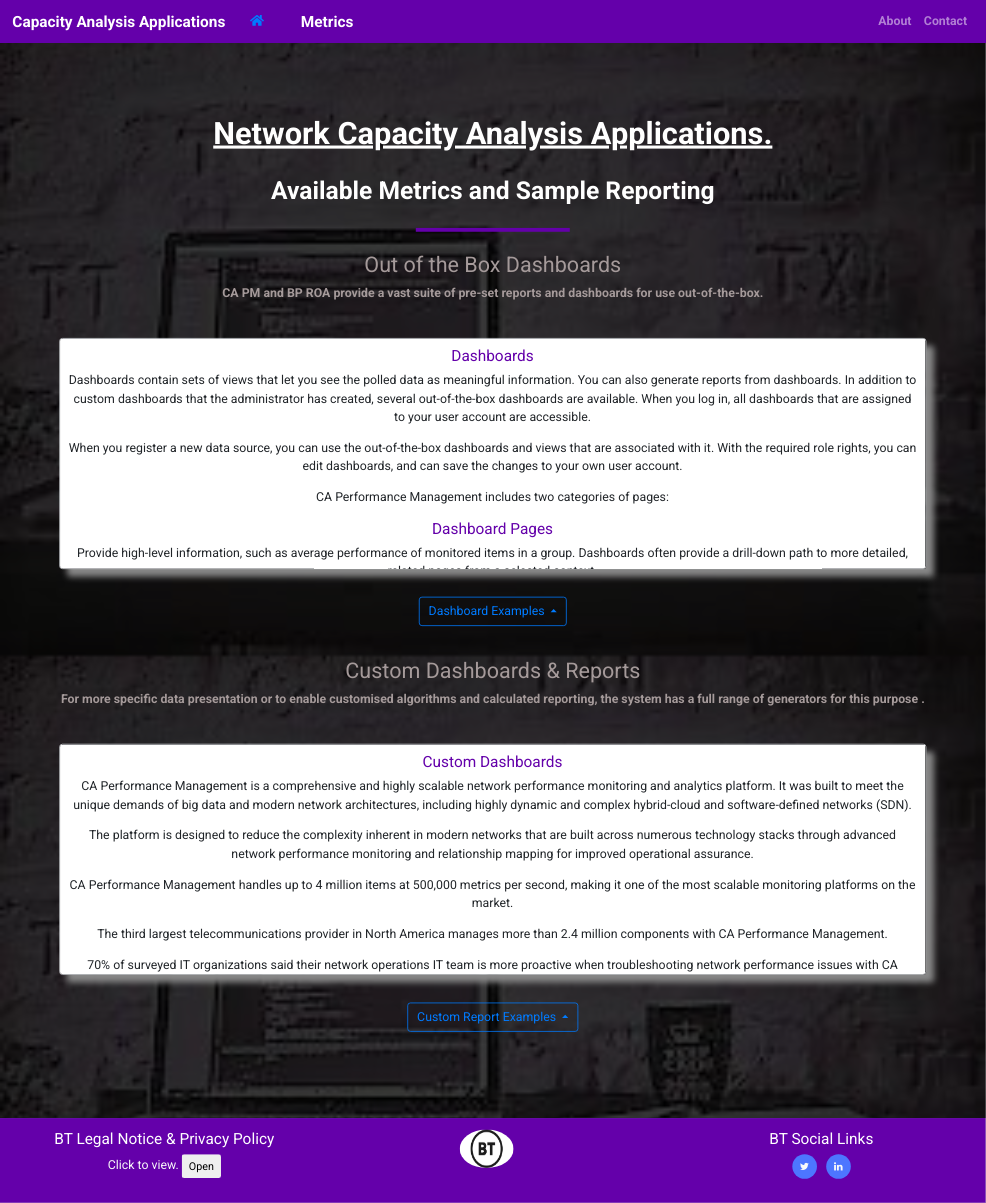
Repository: Mofarrell1967/Application-Manager
Page: metrics.html
The author's editor kept a record of every edit. The page is drawn from the files as they stood at one moment, then again after the next edit.
The browser window is 1280 px wide. The pictures show the whole page, at 77% of full size.
Backgrounds fixed to the window are drawn as part of the page. Some web libraries are served in a nearby version.

Above is the page before.

### metrics.html
<!DOCTYPE html>
<html lang="en-us">

<head>
    <meta charset="utf-8">
    <meta name="viewport" content="width=device-width, initial-scale=1.0">
    <link rel="stylesheet" href="https://maxcdn.bootstrapcdn.com/bootstrap/4.1.3/css/bootstrap.min.css">
    <link rel="stylesheet" href="https://use.fontawesome.com/releases/v5.6.1/css/all.css" integrity="sha384-gfdkjb5BdAXd+lj+gudLWI+BXq4IuLW5IT+brZEZsLFm++aCMlF1V92rMkPaX4PP" crossorigin="anonymous">
    <link rel="stylesheet" href="https://stackpath.bootstrapcdn.com/font-awesome/4.7.0/css/font-awesome.min.css" type="text/css" />
    <link href="https://fonts.googleapis.com/css?family=Roboto:400,700" rel="stylesheet">
    <link rel="stylesheet" href="css/main.css" type="text/css" />
    <title>Application Manager</title>
</head>

<body>


    <!-- Nav Bar Start -->

    <nav class="navbar no-gutters fixed-top navbar-dark navbar-expand-sm">
        <a href="index.html" class="navbar-brand">Capacity Analysis Applications</a>
        <ul class="navbar-nav navbar-brand"></ul>
        <a href="index.html"><i class="fas fa-home"></i></a>
        <ul class="navbar-nav navbar-brand">
            <li class="nav-item ml-5">Metrics</li>
        </ul>


        <button class="navbar-toggler ml-auto" type="button" data-toggle="collapse" data-target="#navbarNavDropdown" aria-controls="navbarNavDropdown" aria-expanded="false">
        <span class="navbar-toggler-icon"></span></button>

        <div class="collapse navbar-collapse" id="navbarNavDropdown">
            <ul class="navbar-nav ml-auto">
                <li class="nav-item"><a class="nav-link" href="about.html">About</a></li>
                <li class="nav-item"><a class="nav-link" href="contact.html">Contact</a></li>
            </ul>
        </div>
    </nav>

    <!-- Nav Bar End -->


    <!-- Jumbotron Start -->

    <div class="container-fluid callout-container">
        <div class="opaque-overlay">&nbsp;</div>
        <div class="row">
            <div class="col-12">
                <section class="callout jumbotron text-center">
                    <h1>Network Capacity Analysis Applications.</h1>
                    <h2>Available Metrics and Sample Reporting</h2>
                    <hr class="block-divider">

                    <!-- Matrics Section Start -->

                    <div class="metrics-header">

                        <h3>Out of the Box Dashboards</h3>
                        <p>CA PM and BP ROA provide a vast suite of pre-set reports and dashboards for use out-of-the-box.</p>
                     </div>

                    <section class="container-fluid">
                        <div class="row">
                            <div class="col border data-scroll metrics-form">

                                <h5>Dashboards</h5>

                                <p>Dashboards contain sets of views that let you see the polled data as meaningful information. You can also generate reports from dashboards. In addition to custom dashboards that the administrator has created,
                                several out-of-the-box dashboards are available. When you log in, all dashboards that are assigned to your user account are accessible.</p>
                                <p>When you register a new data source, you can use the out-of-the-box dashboards and views that are associated with it. With the required role rights, you can edit dashboards,
                                and can save the changes to your own user account. </p>
                                <p>CA Performance Management includes two categories of pages:</p>
                                <h5>Dashboard Pages</h5>
                                <p>Provide high-level information, such as average performance of monitored items in a group. Dashboards often provide a drill-down path to more detailed, related pages from a selected context.</p>
                                <h5>Context Pages</h5>
                                <p>Provide focused performance and status data that is scoped to a specific item, such as a single router or server. These pages are available as drill-down links or tabs from dashboard pages.</p>
                                <h5> Visibility into traditional and SDNs for operational simplicity</h5>
                                <p>CA Virtual Network Assurance seamlessly integrates with CA Performance Management to provide the most comprehensive network monitoring solution for traditional and new SDNs.</p>
                            </div>
                        </div>
                    </section>

                    <div class="row">
                        <div class="col-lg">
                            <div class="btn-group dropup modal-body">
                                <a class="btn btn-outline-primary dropdown-toggle" href="#" role="button" id="dropdownMenuLink" data-toggle="dropdown" aria-haspopup="true" aria-expanded="false">
                    Dashboard Examples </a>
                                <div class="dropdown-menu" aria-labelledby="dropdownMenuLink">
                                    <a target="_blank" class="dropdown-item" href="documents/dashboard/Availability.pdf">Availability Dashboard</a>
                                   <a target="_blank" class="dropdown-item" href="documents/dashboard/CPU.pdf">CPU Memory Dashboard</a>
                                   <a target="_blank" class="dropdown-item" href="documents/dashboard/General.pdf">General Processing</a>
                                   <a target="_blank" class="dropdown-item" href="documents/dashboard/Overview.pdf">Infrastructure Overview</a>
                                    <a target="_blank" class="dropdown-item" href="documents/dashboard/Status.pdf">Status Card View</a>
                                   <a target="_blank" class="dropdown-item" href="documents/dashboard/Inventory.pdf">Inventory Hierarchy</a>
                                   <a target="_blank" class="dropdown-item" href="documents/dashboard/Summary.pdf">Summary Metrics</a>
                                   <a target="_blank" class="dropdown-item" href="documents/dashboard/Trend.pdf">Trend Dashboard</a>
                                </div>
                            </div>
                        </div>
                    </div>


                    <div class="metrics-header">
                        <h3>Custom Dashboards & Reports</h3>
                        <p>For more specific data presentation or to enable customised algorithms and calculated reporting, the system has a full range of generators for this purpose .</p>
                    </div>
                    <section class="container-fluid">
                        <div class="row">
                            <div class="col border data-scroll metrics-form">

                                <h5>Custom Dashboards</h5>

                                <p>CA Performance Management is a comprehensive and highly scalable network performance monitoring and analytics platform. It was built to meet the unique demands of big data and modern network architectures, including highly
                                    dynamic and complex hybrid-cloud and software-defined networks (SDN).</p>
                                <p>The platform is designed to reduce the complexity inherent in modern networks that are built across numerous technology stacks through advanced network performance monitoring and relationship mapping for improved operational
                                    assurance.
                                </p>
                                <p>CA Performance Management handles up to 4 million items at 500,000 metrics per second, making it one of the most scalable monitoring platforms on the market.</p>
                                <p>The third largest telecommunications provider in North America manages more than 2.4 million components with CA Performance Management.</p>
                                <p>70% of surveyed IT organizations said their network operations IT team is more proactive when troubleshooting network performance issues with CA Performance Management.</p>
                                <p>60% of surveyed IT organizations increased the speed of mean time to resolution (MTTR) after adopting CA Performance Management.</p>
                                <p>CA Performance Management enables $2.85 million average savings in operational and administrative costs.</p>
                                <h5> Visibility into traditional and SDNs for operational simplicity</h5>
                                <p>CA Virtual Network Assurance seamlessly integrates with CA Performance Management to provide the most comprehensive network monitoring solution for traditional and new SDNs.</p>
                            </div>
                        </div>
                    </section>

                    <div class="row">
                        <div class="col-lg">
                            <div class="btn-group dropup modal-body">
                                <a class="btn btn-outline-primary dropdown-toggle" href="#" role="button" id="dropdownMenuLink1" data-toggle="dropdown" aria-haspopup="true" aria-expanded="false">
                    Custom Report Examples </a>
                                <div class="dropdown-menu" aria-labelledby="dropdownMenuLink1">
                                    <a target="_blank" class="dropdown-item" href="documents/custom/cabi-trend.pdf">CABI Custom Trend</a>
                                    <a target="_blank" class="dropdown-item" href="documents/custom/cabi-graph.pdf">CABI Custom Graph</a>
                                    <a target="_blank" class="dropdown-item" href="documents/custom/cabi-situations.pdf">CABI Situations to Watch</a>
                                    <a target="_blank" class="dropdown-item" href="documents/custom/bi-direction.pdf">Bi-Direction Report</a>
                                     <a target="_blank" class="dropdown-item" href="documents/custom/group-interface.pdf">Group Interface Report</a>
                                     <a target="_blank" class="dropdown-item" href="documents/custom/group-report.pdf">Group Report</a>
                                     <a target="_blank" class="dropdown-item" href="documents/custom/multitrend.pdf">Multi-Trend Report</a>
                                </div>
                            </div>
                        </div>
                    </div>

                    <!-- Matrics Section End -->


                </section>
            </div>
        </div>
    </div>

    <!-- Jumbotron End -->


    <!-- Footer Modal Start -->


    <div class="modal" tabindex="-1" role="dialog" id="PPModal">
        <div class="modal-dialog modal-dialog-scrollable">
            <div class="modal-content">
                <div class="modal-header">
                    <h5 class="modal-title">Legal Notice & Privacy Policy</h5>
                    <button type="button" class="close" data-dismiss="modal" aria-label="Close">
          <span aria-hidden="true">&times;</span>
        </button>
                </div>
                <div class="modal-body">
                    <h3>General Disclaimer</h3>

                    <p>BT has taken every effort to ensure the content accuracy of website, but neither BT nor its contractors accept responsibility for any errors or omissions in such content.</p>
                    <p>Neither BT nor any third party who provides content to this website shall liable in respect of the content or its accuracy. You, the User, access the site and use the content, products and services at your own risk.</p>
                    <p>BT disclaims all responsibility and liability of any description including liability for negligence, incidental or consequential damages and or loss (to include loss of profits, loss of use or loss of data) suffered by any person acting
                        or refraining from acting as a result of or in connection with material on this website to include any reliance placed by such person on such material, or the viewing , use or performance of this website or its contents, whether
                        with the required authority or otherwise.
                        <p>BT may at any time revise, amend, alter or delete this information without liability.</p>
                        <p>This website is governed, interpreted and construed in accordance with the law in the Republic of Ireland, whose courts have exclusive jurisdiction over any disputes or actions arising on this website</p>
                        <h3>ComReg Code for Tariff Presentation</h3>
                        <p>BT is required to adhere to the principles set out in the ComReg Code for Tariff Presentation. This Code requires the presentation of accurate and comprehensive tariff information that is accessible to the consumer. BT complies
                            with the Code, a full copy of which can be accessed on the ComReg website.</p>
                        <h3>Privacy Notice</h3>
                        <h4>Who is BT?</h4>
                        <p> BT Communications Ireland Limited (‘BT’) is a wholly owned subsidiary of BT Group plc, and a fully integrated division of BT Major and Public Sector. BT Communications Ireland Limited, trading as BT or BT Ireland, is registered
                            in Ireland under number company registration number 141524 and its registered address is BT, Grand Canal Plaza, Upper Grand Canal Street, Dublin 4, Republic of Ireland, Tel: +353 1 432 5000 Freephone: 1800 923 222</p>
                        <h4>Why does BT have a Privacy Notice?</h4>
                        <p>At BT, we take privacy very seriously. Protecting your information and respecting your privacy is fundamental to the way we do things. If you want to know more about how we collect and use your personal information in different
                            situations, have a look at the dedicated sections of the Privacy Centre here www.btplc.com/privacycentre/index.htm</p>
                        <p>Please read the policies in the Privacy Centre along with the terms and conditions of any particular service you’re using. We may change the policies in our Privacy Centre from time to time. We’ll publish any new policies on our
                            Privacy Centre, any other relevant websites and our terms and conditions (if applicable).By visiting and browsing our website and using our services you indicate your agreement to our use of your personal information as set
                            out in this Privacy Policy. We may change our privacy policy from time to time.</p>
                        <h4>What is not covered by the Privacy notice?</h4>
                        <p>Third party sites, applications and social media, including products and services that you can link to from our websites aren’t covered by the policies in our Privacy Centre, so we urge you to be careful when you enter any personal
                            information online or use applications and social media features. You should review the privacy policy of such sites before providing your personal information. As we don’t control those third party sites and their practices,
                            we don’t accept any responsibility or liability for these sites.</p>
                        <h4>What about when I visit your websites?</h4>
                        <p>For details about information we collect when you visit our websites and the cookies we use please click the link here http://www.btplc.com/privacycentre/Onlineprivacy/index.htm.</p>
                        <h4>How can I find out what personal information BT holds about me and change it if inaccurate?</h4>
                        <p>If you want a copy of your billing information, log on to your MyBT online account or you can contact BT Ireland by phone, at Tel: 1800 924 929 or at the addresses listed below. BT Ireland, 2 Grand Canal Plaza, Upper Grand Canal
                            Street, Dublin 4.Alternatively you can contact us through our online Customer Enquiry form. (You must be the account holder to ask for this information.) If you want to see what contact information we hold about you, you can
                            also log in to your account. It’s quick and simple to access it this way. You can also ask us for a copy of the information we hold about you using our online form here. Or write to us at BT to the Data Protection Manager,
                            BT Ireland, 2 Grand Canal Plaza, Upper Grand Canal Street, Dublin 4. If you work for one of our corporate customers, please ask your employer – they’ll ask for this on your behalf. It will normally take us up to one month to
                            get back to you but could take longer (up to a further two months) if it’s a complicated request or we get a lot of requests at once. We’ll reply electronically unless you ask us to send the information by post.</p>
                </div>
                <button type="button" class="btn btn-danger" data-dismiss="modal">Close</button>
            </div>
        </div>
    </div>



    <!-- Footer Modal End -->



    <!-- Page Footer Start -->


    <footer class="container-fluid footer text-center">
        <div class="row">
            <div class="col-sm-4">
                <h5 class="uppercase">BT Legal Notice & Privacy Policy</h5>
                <p class="inline-block">
                    Click to view.
                    <button class="btn btn-sm" data-toggle="modal" data-target="#PPModal">Open</button></p>
            </div>
            <div class="d-none d-sm-block col-sm-4">
                <a target="_blank" href="https://btireland.com/"><img src="images/bt.jpg" class="rounded-circle mr-3" height=50 width=70 alt="No Image available/"></a>
            </div>
            <div class="col-sm-4">
                <h5 class="uppercase">BT Social Links</h5>
                <ul class="list-inline sm-links">
                    <li class="list-inline-item">
                        <a target="_blank" href="https://twitter.com/btinireland">
                            <i class="fa fa-twitter" aria-hidden="true"></i>
                            <span class="sr-only">Twitter</span></a>
                    </li>
                    <li class="list-inline-item">
                        <a target="_blank" href="https://www.linkedin.com/company/bt-ireland">
                            <i class="fa fa-linkedin" aria-hidden="true"></i>
                            <span class="sr-only">LinkedIn</span> </a>
                    </li>
                </ul>
            </div>
        </div>
    </footer>

    <!-- Page Footer End -->


    <!-- Script Start -->

    <script src="https://code.jquery.com/jquery-3.3.1.slim.min.js" integrity="sha384-q8i/X+965DzO0rT7abK41JStQIAqVgRVzpbzo5smXKp4YfRvH+8abtTE1Pi6jizo" crossorigin="anonymous"></script>
    <script src="https://cdnjs.cloudflare.com/ajax/libs/popper.js/1.14.3/umd/popper.min.js" integrity="sha384-ZMP7rVo3mIykV+2+9J3UJ46jBk0WLaUAdn689aCwoqbBJiSnjAK/l8WvCWPIPm49" crossorigin="anonymous"></script>
    <script src="https://stackpath.bootstrapcdn.com/bootstrap/4.1.3/js/bootstrap.min.js" integrity="sha384-ChfqqxuZUCnJSK3+MXmPNIyE6ZbWh2IMqE241rYiqJxyMiZ6OW/JmZQ5stwEULTy" crossorigin="anonymous"></script>

    <!-- Script End -->

</body>

</html>

Loaded but not shown: css/main.css (301 lines, source omitted)

After the next edit:
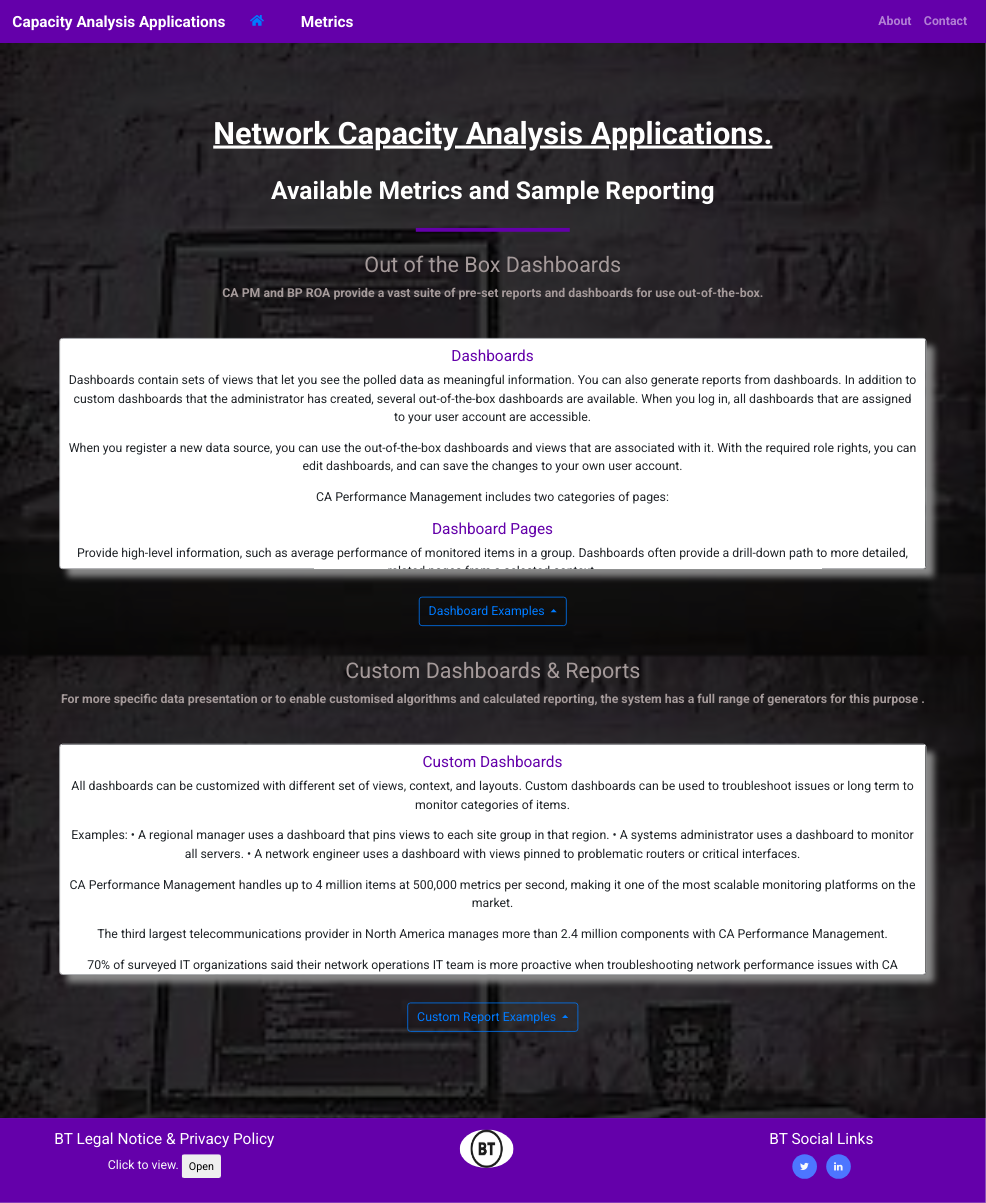
The edit:
--- a/metrics.html
+++ b/metrics.html
@@ -110,10 +110,12 @@
 
                                 <h5>Custom Dashboards</h5>
 
-                                <p>CA Performance Management is a comprehensive and highly scalable network performance monitoring and analytics platform. It was built to meet the unique demands of big data and modern network architectures, including highly
-                                    dynamic and complex hybrid-cloud and software-defined networks (SDN).</p>
-                                <p>The platform is designed to reduce the complexity inherent in modern networks that are built across numerous technology stacks through advanced network performance monitoring and relationship mapping for improved operational
-                                    assurance.
+                                <p>All dashboards can be customized with different set of views, context, and layouts. Custom dashboards can be used to troubleshoot issues or long term to monitor categories of items.</p>
+                                <p>Examples:
+                                    •	A regional manager uses a dashboard that pins views to each site group in that region.
+                                    •	A systems administrator uses a dashboard to monitor all servers.
+                                    •	A network engineer uses a dashboard with views pinned to problematic routers or critical interfaces.
+
                                 </p>
                                 <p>CA Performance Management handles up to 4 million items at 500,000 metrics per second, making it one of the most scalable monitoring platforms on the market.</p>
                                 <p>The third largest telecommunications provider in North America manages more than 2.4 million components with CA Performance Management.</p>
